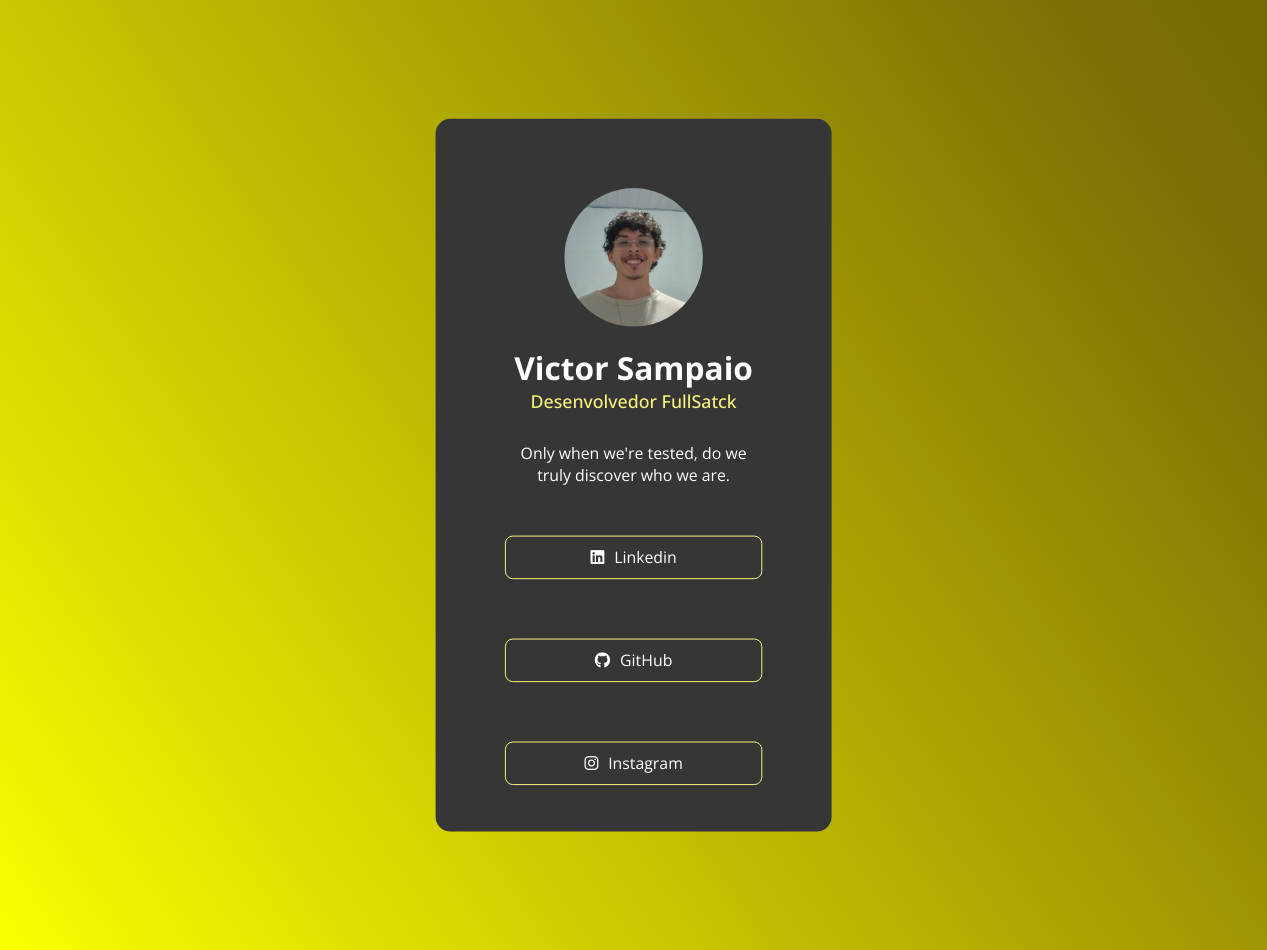
Repository: VictorSampaioDev/linkthree-gt9
Page: index.html
The author's editor kept a copy of each file at every save. The page is drawn from the files as they stood at one save, then again after the next save.
The browser window is 1280 px wide. The pictures show the whole page, at 99% of full size.

Above is the page before, as saved 2025-04-11 11:47:46.

### index.html
<!DOCTYPE html>
<html lang="pt-br">
<head>
    <meta charset="UTF-8">
    <meta name="viewport" content="width=device-width, initial-scale=1.0">
    <title>linkthree JV</title>
    <link rel="stylesheet" href="style.css">
    <link rel="preconnect" href="https://fonts.googleapis.com">
    <link rel="preconnect" href="https://fonts.gstatic.com" crossorigin>
    <link href="https://fonts.googleapis.com/css2?family=Open+Sans:ital,wght@0,300..800;1,300..800&display=swap" rel="stylesheet">
    <link rel="stylesheet" href="https://cdnjs.cloudflare.com/ajax/libs/font-awesome/6.5.0/css/all.min.css">
</head>
<body>
    <div class="container-main">
<!-- imagem -->
        <div class="container-image">
            <img src="./assets/image-profile.jpeg" alt="Foto de Perfil">
        </div>
<!-- Titulos -->
      <div class="container-infos">
        <h1>Victor Sampaio</h1>
        <h2>Desenvolvedor FullSatck</h2>
      </div>
<!-- Paragrafo -->
      <div class="container-paragrafo">
        <p>
            Only when we're tested, do we truly discover who we are.
        </p>
      </div>
<!-- lista estilizada ("botões") -->
      <div class="container-social-links">
        <ul>
                <a href="https://www.linkedin.com/in/joao-victor-sampaio-30a556355/" target="_blank">
                    <li>
                        <!-- icone -->
                        <i class="fa-brands fa-linkedin"></i>
                        <!-- paragrafo -->
                        <p>Linkedin</p>
                    </li>
                </a>

                <a href="https://github.com/VictorSampaioDev" target="_blank">
                   <li>
                    <i class="fa-brands fa-github"></i>
                    <p>GitHub</p>
                   </li>
                </a>

                <a href="https://www.instagram.com/jovetorr" target="_blank">
                   <li>
                    <i class="fa-brands fa-instagram"></i>
                    <p>Instagram</p>
                   </li>
                </a>
        </ul>
    </div>
</body>
</html>

### style.css
* {
    font-family: "Open Sans", sans-serif;
    margin: 0;
    padding: 0;
    box-sizing: border-box;
}
body{
    background: #fbff00;
    background: linear-gradient(55deg, rgba(251, 255, 0, 1) 0%, rgb(124, 112, 5) 30%, rgba(0, 0, 0, 1) 100%);
    animation: gradientShift 10s ease infinite;
    background-size: 400%;
}
@keyframes gradientShift{
    0%(background-position 0% 50%;)
    50%(background-position 50% 100%;)
    100(background-position 0% 50%;)
}
.container-main{
    background-color: #363636;
    width: 400px;
    height: 720px;
    box-sizing: border-box;
    margin: 120px auto;
    padding: 70px;
    border-radius: 15px;
    text-align: center;
}
.container-image{

    & img{
       width: 140px;
       border-radius: 100%;
    }
}
.container-infos{
    margin-top: 15px;
    margin-bottom: 10px;
}
.container-infos h1{
    font-weight: 700;
    color: white;
}
.container-infos h2{
    font-weight: 500;
    font-size: 18px;
    color: rgb(246, 246, 124);
}
.container-paragrafo{
    margin-top: 30px;
    color: white;
}
.container-social-links ul {
    display: flex;
    flex-direction: column;
    gap: 5px;
}
.container-social-links li {
    display: flex;
    justify-content: center;
    gap: 10px;
    align-items: center;
    margin-bottom: 5px;
    margin-top: 50px;
    border: 1px solid rgb(246, 246, 124);
    border-radius: 8px;
    padding: 10px;
    transition: background-color 0.3s;


    &:hover{
        background-color: rgb(246, 246, 124);
    }
  }

.container-social-links a {
    text-decoration: none;
    color: white;
    transition: color 0.3s;

    &:hover{
        color: black;
    }
}

After the next save:
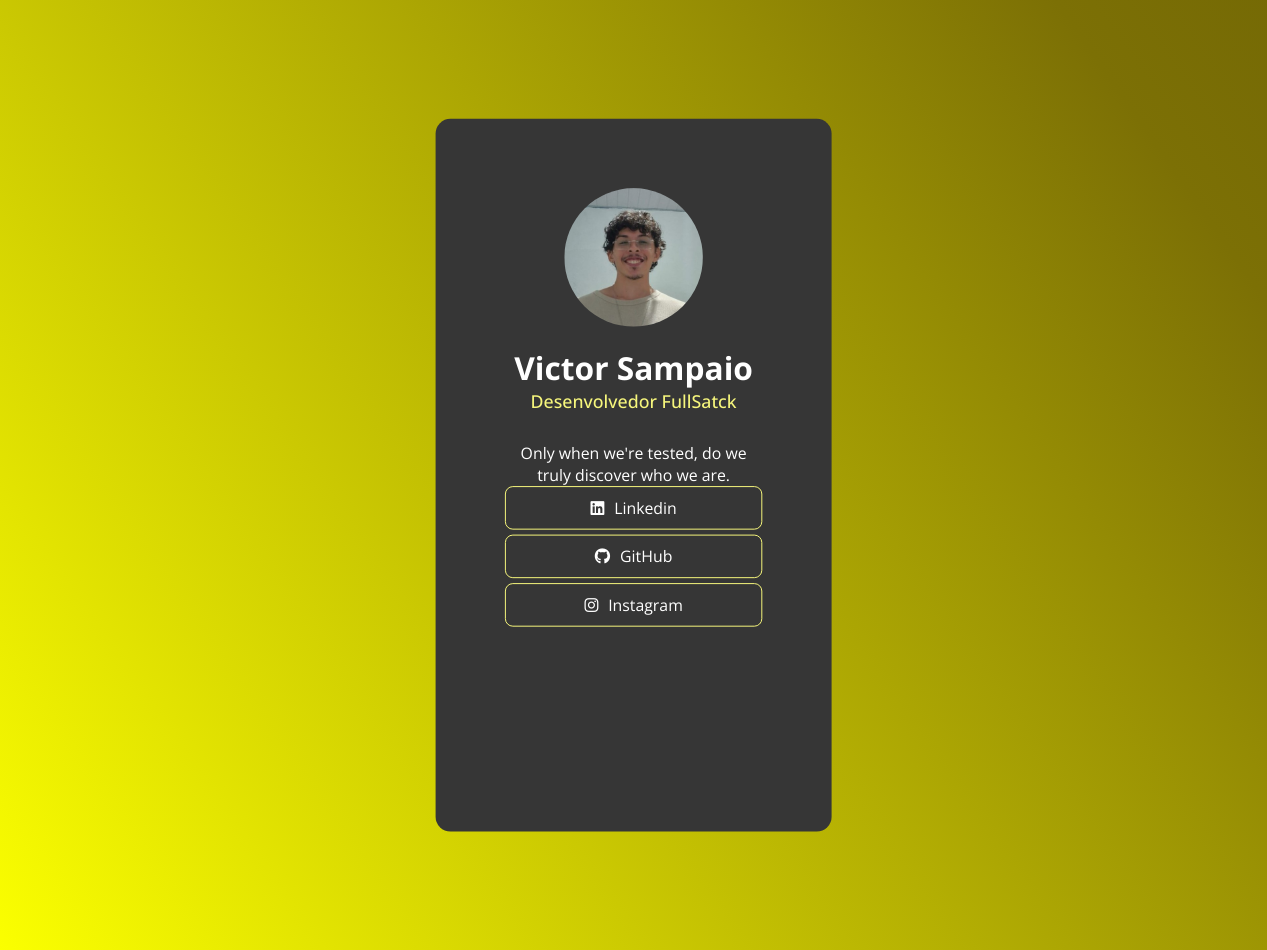
Saved 37 s later.
--- a/style.css
+++ b/style.css
@@ -59,8 +59,7 @@ body{
     justify-content: center;
     gap: 10px;
     align-items: center;
-    margin-bottom: 5px;
-    margin-top: 50px;
+
     border: 1px solid rgb(246, 246, 124);
     border-radius: 8px;
     padding: 10px;
